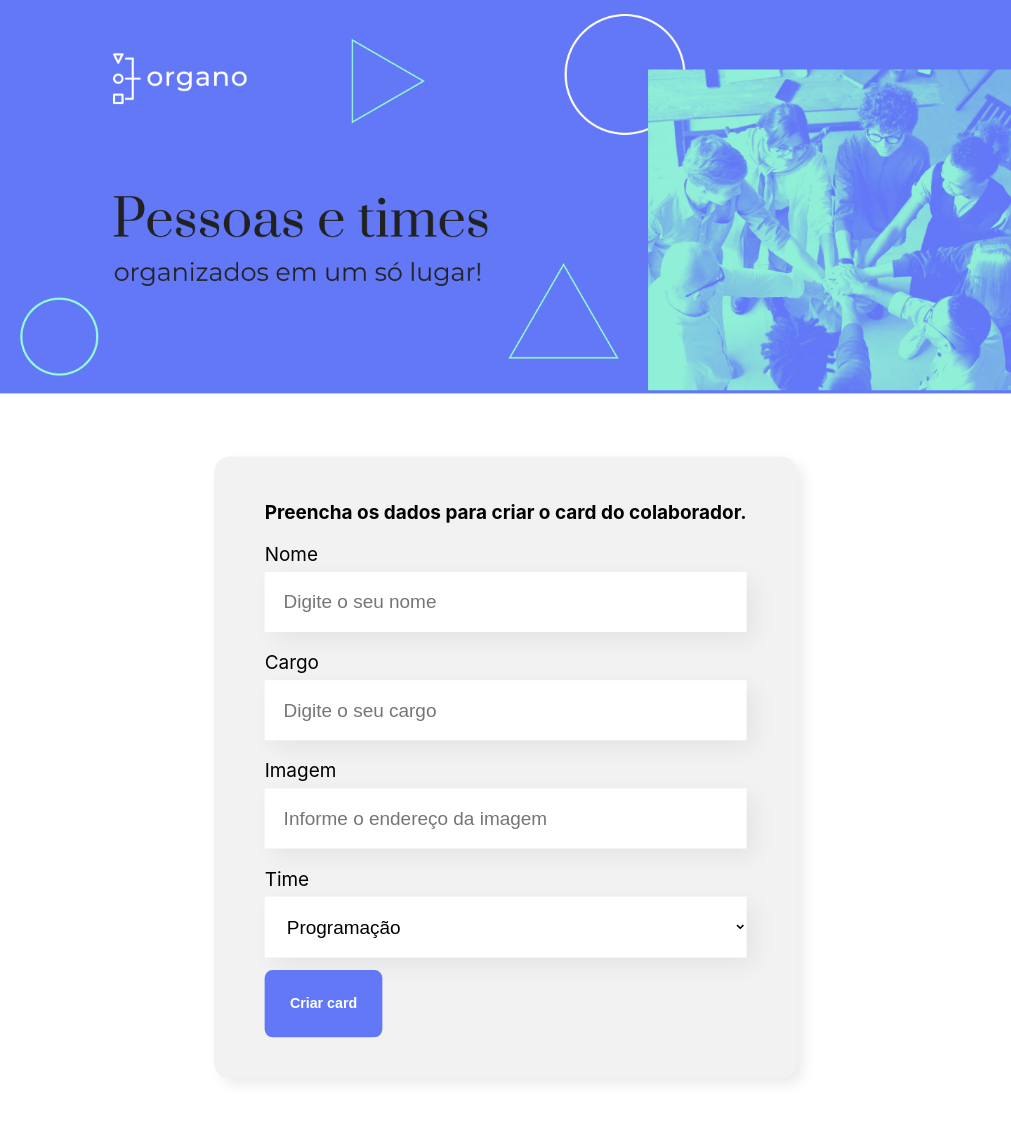
Repository: devMuriloOliveira/organo
Page: /
An editor plug-in stored every save of this project. The page is shown before and after the next save, followed by the edit.
The browser window is 1280 px wide. The pictures show the whole page, at 79% of full size.
The project was rebuilt for these pictures with package versions that can differ from the ones it lists, and the page was loaded fresh each time.

Above is the page before, as saved 2023-01-11 17:22:33.

After the next save:
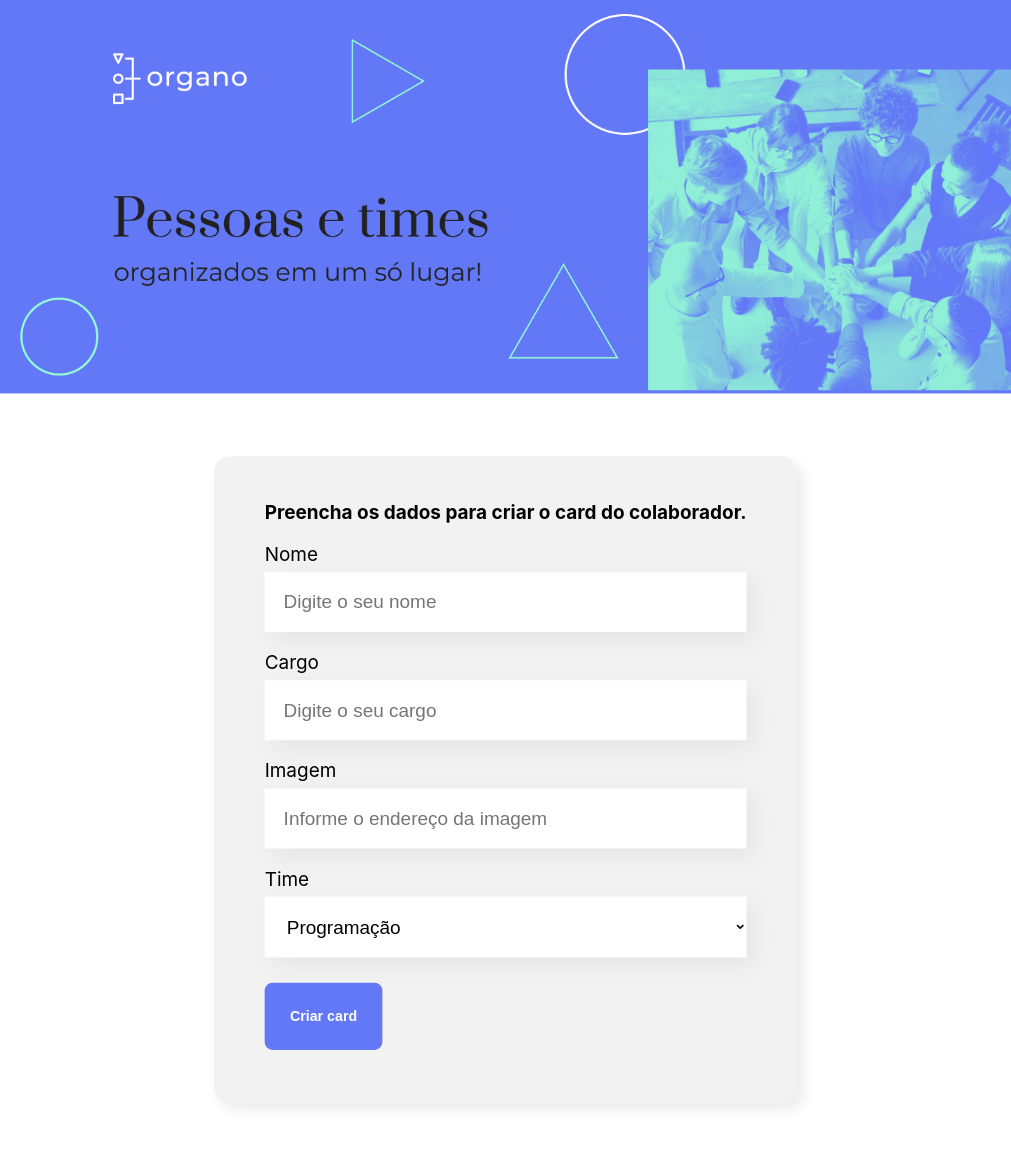
Saved 20 s later.
--- a/src/componentes/Botao/Botao.css
+++ b/src/componentes/Botao/Botao.css
@@ -7,7 +7,7 @@
   border: none;
   cursor: pointer;
   color: #fff;
-  margin: 16px 0;
+  margin: 32px 0;
 }
 
 .botao:hover {
